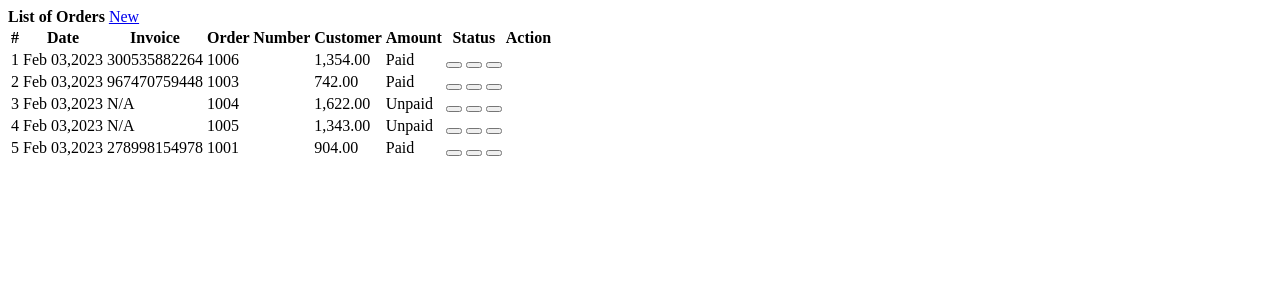
Repository: JyrossC/POS-PHP
Page: http://localhost/POS System/orders.php
The author's editor kept a copy of each file at every save. The page is drawn from the files as they stood at one save, then again after the next save.
The browser window is 1280 px wide. The pictures show the whole page.
The page is run by PHP 8.4 with error messages shown; the project is at /var/www/html/. The database holds what the project's SQL file puts in it.

Above is the page before, as saved 2024-09-04 12:51:40.
Console error: ReferenceError: $ is not defined

### POS System/orders.php
<?php include('db_connect.php');?>
<style>
	input[type=checkbox]
{
  /* Double-sized Checkboxes */
  -ms-transform: scale(1.3); /* IE */
  -moz-transform: scale(1.3); /* FF */
  -webkit-transform: scale(1.3); /* Safari and Chrome */
  -o-transform: scale(1.3); /* Opera */
  transform: scale(1.3);
  padding: 10px;
  cursor:pointer;
}
</style>
<div class="container-fluid">

	<div class="col-lg-12">
		<div class="row mb-4 mt-4">
			<div class="col-md-12">

			</div>
		</div>
		<div class="row">
			<!-- FORM Panel -->

			<!-- Table Panel -->
			<div class="col-md-12">
				<div class="card">
					<div class="card-header">
						<b>List of Orders </b>

						<span class="float:right"><a class="btn btn-primary btn-sm col-sm-2 float-right" href="billing/index.php" id="new_order">
					<i class="fa fa-plus"></i> New
				</a></span>

					</div>
					<div class="card-body">
						<table class="table table-hover">
							<thead>
								<tr>
									<th>#</th>
									<th>Date</th>
									<th>Invoice</th>
									<th>Order Number</th>
									<th>Customer</th>
									<th>Amount</th>
									<th>Status</th>
									<th>Action</th>
								</tr>
							</thead>
							<tbody>
								<?php
								$i = 1;
								$order = $conn->query("SELECT * FROM orders order by unix_timestamp(date_created) desc ");
								while($row=$order->fetch_assoc()):
								?>
								<tr>
									<td class="text-center"><?php echo $i++ ?></td>
									<td>
										<p> <?php echo date("M d,Y",strtotime($row['date_created'])) ?></p>
									</td>
									<td>
										<p> <?php echo $row['amount_tendered'] > 0 ? $row['ref_no'] : 'N/A' ?></p>
									</td>
									<td>
										<p><?php echo $row['order_number'] ?></p>
									</td>
									<td>
										<p class="text-right"> <?php echo number_format($row['total_amount'],2) ?></p>
									</td>
									<td class="text-center">
										<?php if($row['amount_tendered'] > 0): ?>
											<span class="badge badge-success">Paid</span>
										<?php else: ?>
											<span class="badge badge-primary">Unpaid</span>
										<?php endif; ?>
									</td>
									<td class="text-center">
										<button class="btn btn-sm btn-primary " type="button" onclick="location.href='billing/index.php?id=<?php echo $row['id'] ?>'" data-id="<?php echo $row['id'] ?>" ><i class="fa fa-edit"></i></button>
										<button class="btn btn-sm btn-info view_order" type="button" data-id="<?php echo $row['id'] ?>"><i class="fa fa-eye"></i></button>
										<button class="btn btn-sm btn-danger delete_order" type="button" data-id="<?php echo $row['id'] ?>"><i class="fa fa-trash-alt"></i></button>
									</td>
								</tr>
								<?php endwhile; ?>
							</tbody>
						</table>
					</div>
				</div>
			</div>
			<!-- Table Panel -->
		</div>
	</div>

</div>
<style>

	td{
		vertical-align: middle !important;
	}
	td p{
		margin: unset
	}
	img{
		max-width:100px;
		max-height:150px;
	}
</style>
<script>
	$(document).ready(function(){
		$('table').dataTable()
	})
	$('#new_order').click(function(){
		uni_modal("New order ","billing/index.php","mid-large")

	})
	$('.view_order').click(function(){
		uni_modal("Order  Details","view_order.php?id="+$(this).attr('data-id'),"mid-large")

	})
	$('.delete_order').click(function(){
		_conf("Are you sure to delete this order ?","delete_order",[$(this).attr('data-id')])
	})
	function delete_order($id){
		start_load()
		$.ajax({
			url:'ajax.php?action=delete_order',
			method:'POST',
			data:{id:$id},
			success:function(resp){
				if(resp==1){
					alert_toast("Data successfully deleted",'success')
					setTimeout(function(){
						location.reload()
					},1500)

				}
			}
		})
	}
</script>

### POS System/db_connect.php
<?php

$conn= new mysqli('localhost','root','','shop_pos')or die("Could not connect to mysql".mysqli_error($con));

?>

### database/pos.sql (the tables this page reads)
CREATE TABLE `orders` (
  `id` int(11) NOT NULL,
  `ref_no` varchar(50) NOT NULL,
  `total_amount` float NOT NULL,
  `amount_tendered` float NOT NULL,
  `order_number` int(30) NOT NULL,
  `date_created` datetime NOT NULL DEFAULT current_timestamp()
) ENGINE=InnoDB DEFAULT CHARSET=utf8mb4;

INSERT INTO `orders` (`id`, `ref_no`, `total_amount`, `amount_tendered`, `order_number`, `date_created`) VALUES
(1, '278998154978', 904, 1000, 1001, '2023-02-03 19:17:03'),
(2, '091428583362', 1343, 0, 1005, '2023-02-03 19:17:34'),
(3, '543076159999', 1622, 0, 1004, '2023-02-03 19:17:56'),
(4, '967470759448', 742, 1000, 1003, '2023-02-03 19:20:26'),
(5, '300535882264', 1354, 1400, 1006, '2023-02-03 20:12:43');

ALTER TABLE `orders`
  ADD PRIMARY KEY (`id`);

ALTER TABLE `orders`
  MODIFY `id` int(11) NOT NULL AUTO_INCREMENT, AUTO_INCREMENT=6;

After the next save:
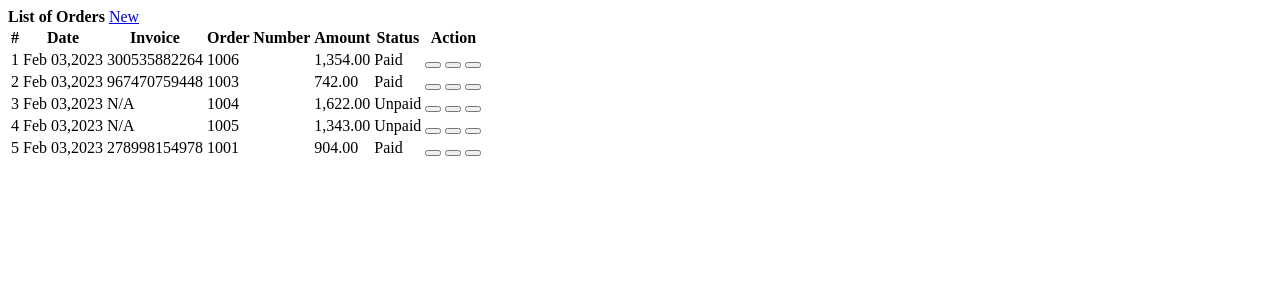
Saved 16 s later.
--- a/POS System/orders.php
+++ b/POS System/orders.php
@@ -42,7 +42,6 @@
 									<th>Date</th>
 									<th>Invoice</th>
 									<th>Order Number</th>
-									<th>Customer</th>
 									<th>Amount</th>
 									<th>Status</th>
 									<th>Action</th>
